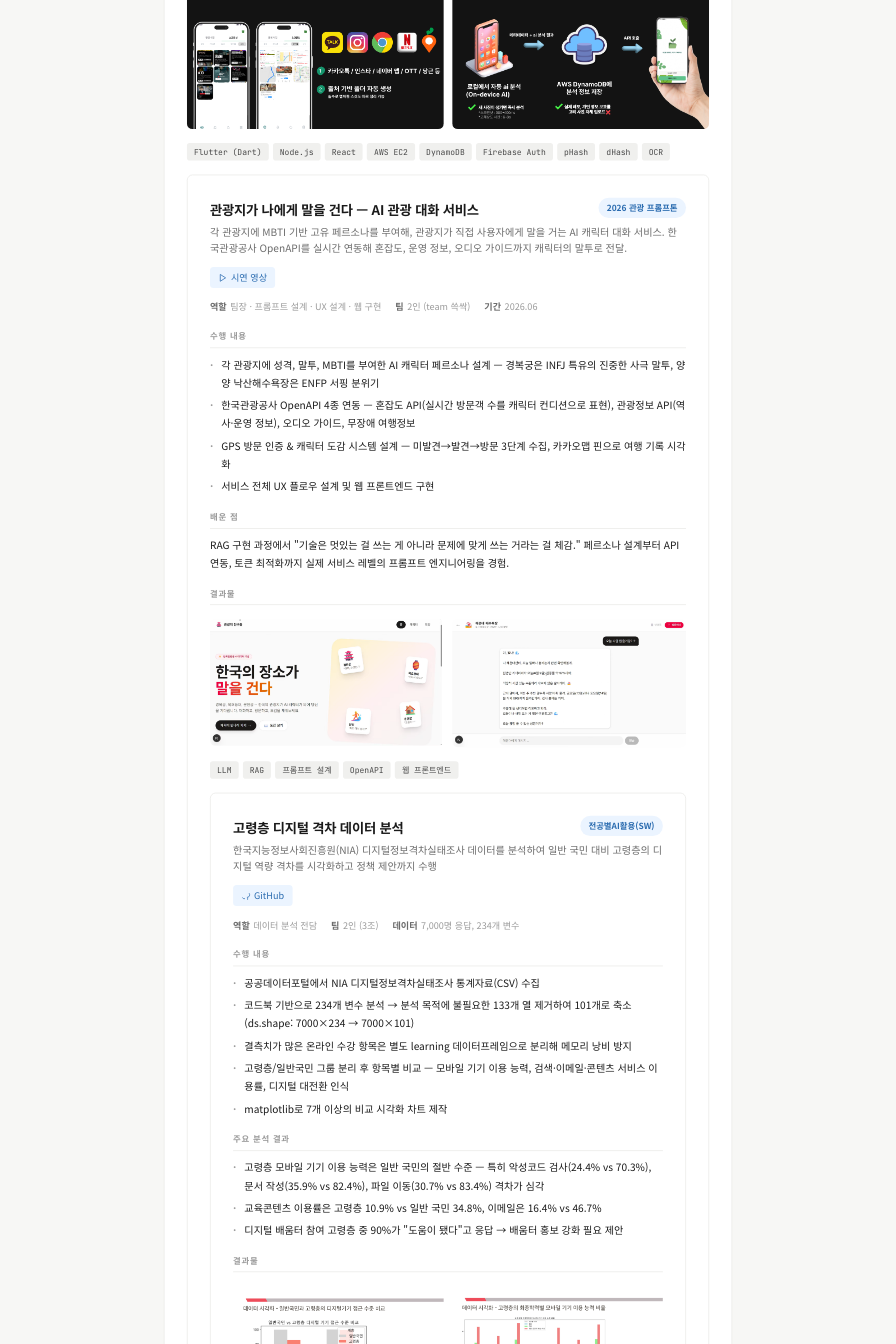
Repository: zzeyoung/zzeyoung.github.io
Page: index.html
The author's editor kept a copy of each file at every save. The page is drawn from the files as they stood at one save, then again after the next save.
The browser window is 1280 px wide. The pictures show the part of the page from y = 3408 to 5328 px (the page is 6989 px tall before and 6987 px after), at 70% of full size.

Above is the page before, as saved 2026-07-13 05:25:49.

After the next save:
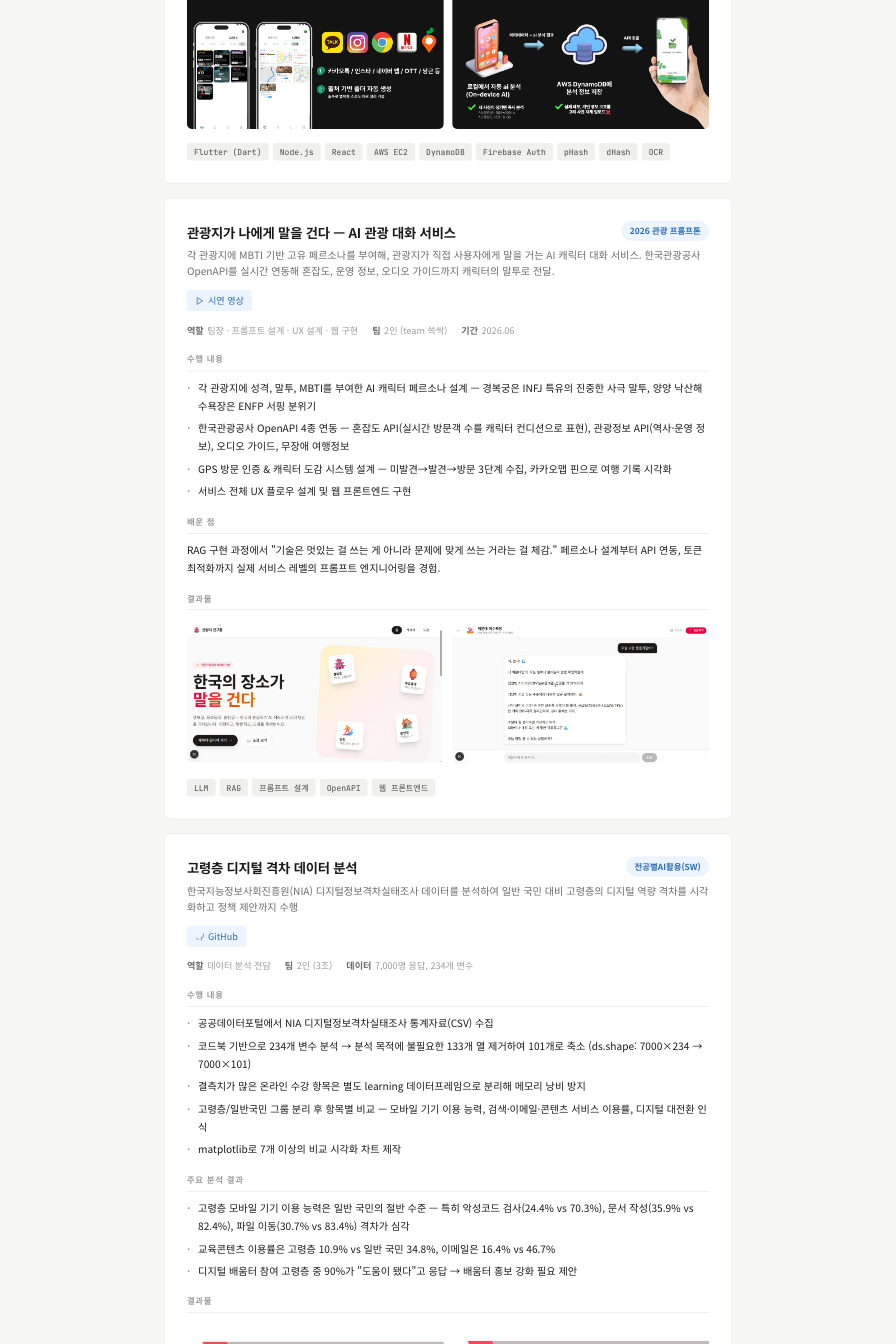
Saved 33 s later.
--- a/index.html
+++ b/index.html
@@ -312,6 +312,7 @@ Index · HTML
         <img src="images/ssuksak2.png" alt="환경 리포트 화면" style="width:100%;border-radius:8px;">
         <img src="images/ssuksak3.png" alt="사진 분석 화면" style="width:100%;border-radius:8px;">
         <img src="images/ssuksak4.png" alt="환경 리포트 화면" style="width:100%;border-radius:8px;">
+      </div>
     </div>
     <div class="project-tech">
       <span>Flutter (Dart)</span><span>Node.js</span><span>React</span><span>AWS EC2</span><span>DynamoDB</span><span>Firebase Auth</span><span>pHash</span><span>dHash</span><span>OCR</span>
@@ -356,6 +357,7 @@ Index · HTML
       <div class="project-images">
         <img src="images/tourism1.png" alt="캐릭터 선택 화면" style="width:100%;border-radius:8px;">
         <img src="images/tourism2.png" alt="AI 대화 화면" style="width:100%;border-radius:8px;">
+      </div>
     </div>
     <div class="project-tech">
       <span>LLM</span><span>RAG</span><span>프롬프트 설계</span><span>OpenAPI</span><span>웹 프론트엔드</span>
